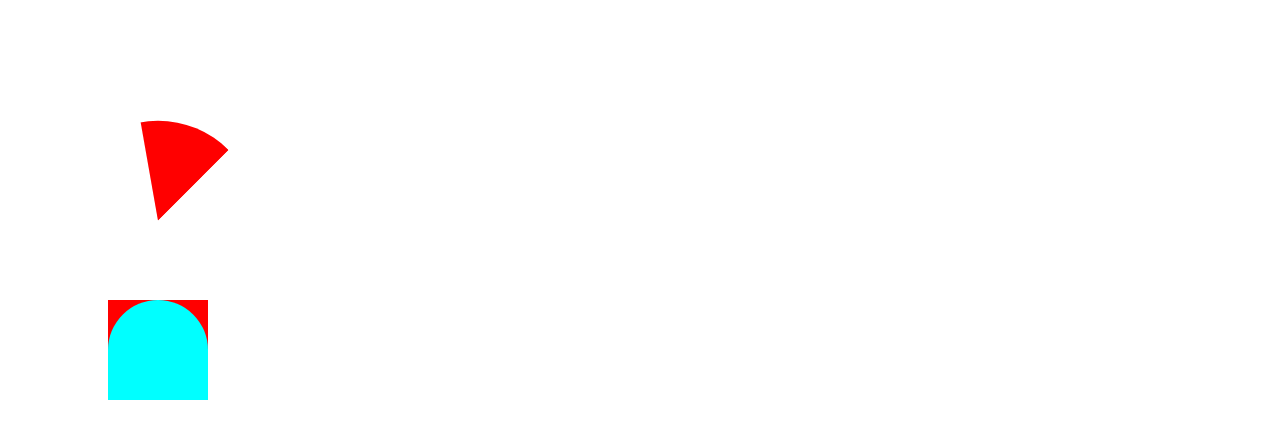
Repository: MMXiaohang/frontend-interview-coding
Page: 56.扇形.html
The author's editor kept a copy of each file at every save. The page is drawn from the files as they stood at one save, then again after the next save.
The browser window is 1280 px wide. The pictures show the whole page.

Above is the page before, as saved 2022-08-12 00:14:07.

### 56.扇形.html
<!DOCTYPE html>
<html lang="en">
<head>
    <meta charset="UTF-8">
    <meta http-equiv="X-UA-Compatible" content="IE=edge">
    <meta name="viewport" content="width=device-width, initial-scale=1.0">
    <title>扇形</title>
    <style>
        #div{
            margin-top: 100px;
            margin-left: 100px;
            width: 100px;
            height: 100px;
            position: relative;
            background: transparent;
            overflow: hidden;
            transform: rotate(-45deg);
        }

        #circle{
            position: absolute;
            right: 0;
            top: 0;
            width: 200px;
            height: 200px;
            border-radius: 50%;
            background-color: transparent;
            overflow: hidden;
        }

        #d1{
            transform: skewX(145deg);
            transform-origin: 0 100%;
            position: absolute;
            right: 0;
            top: 0;
            background-color: red;
            width: 100px;
            height: 100px;
        }

        .container{
            width: 100px;
            height: 100px;
            margin-top: 100px;
            margin-left: 100px;
            background-color: red;
        }

        .c1{
            width: 100px;
            height: 100px;
            background-color: aqua;
            border-radius: 50% 50% 0 0;
        }
    </style>
</head>
<body>
    <div id="div">
        <div id="circle">
            <div id="d1"></div>
        </div>
    </div>


    <div class="container">
        <div class="c1"></div>
        <div class="c2"></div>
    </div>
</body>
</html>

After the next save:
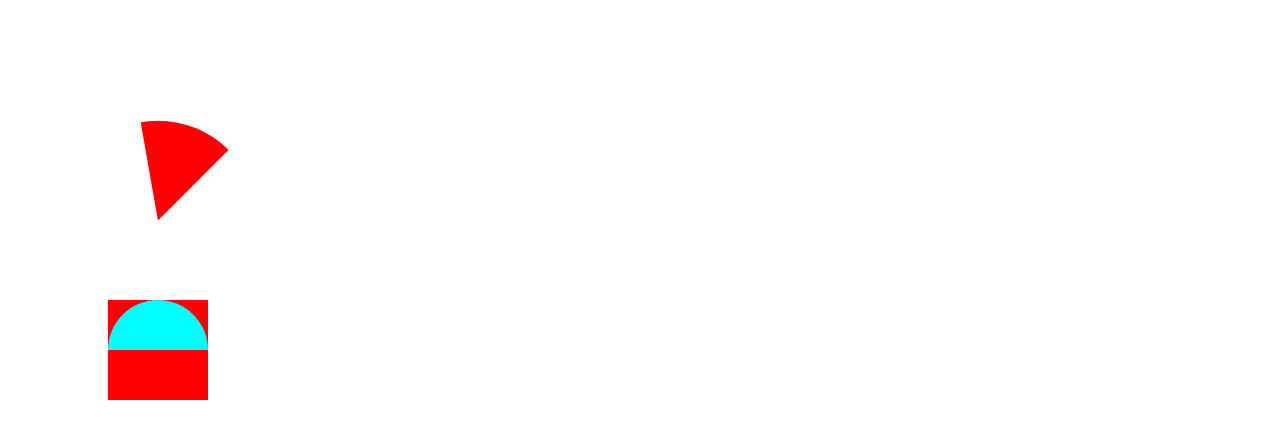
Saved 70 s later.
--- a/56.扇形.html
+++ b/56.扇形.html
@@ -49,9 +49,9 @@
 
         .c1{
             width: 100px;
-            height: 100px;
+            height: 50px;
             background-color: aqua;
-            border-radius: 50% 50% 0 0;
+            border-radius: 50px 50px 0 0;
         }
     </style>
 </head>
